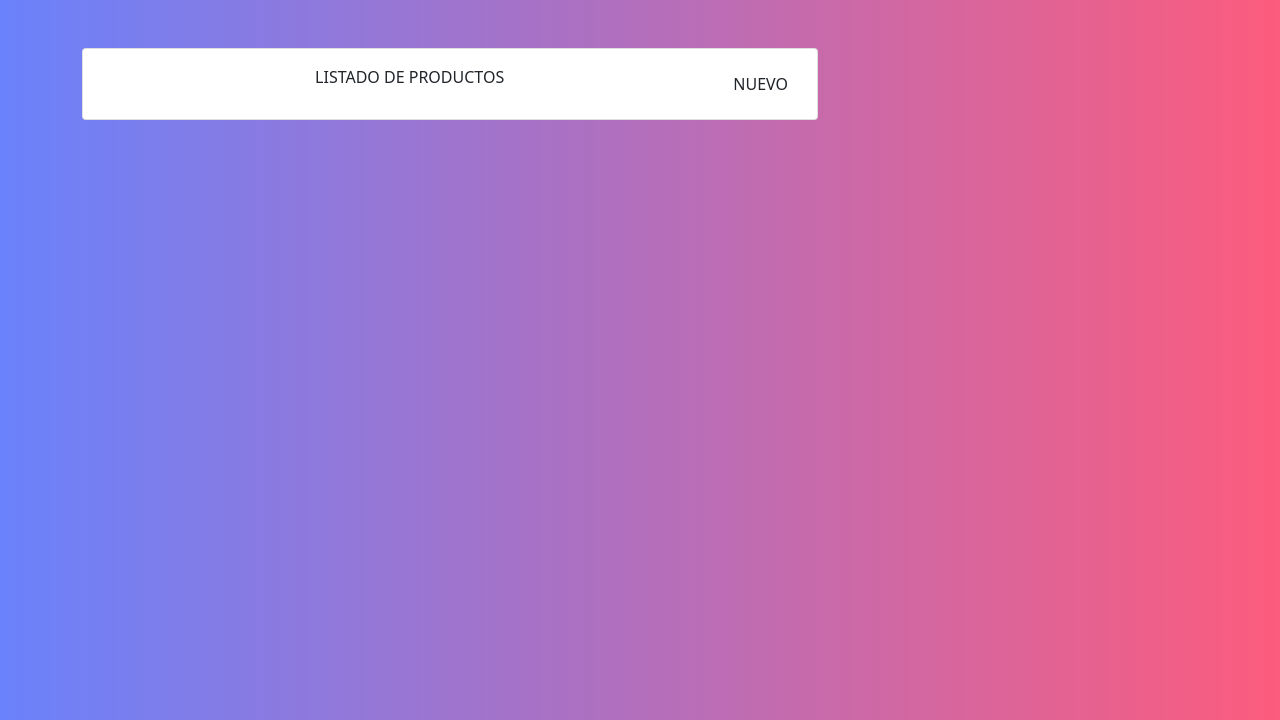
Repository: vivianaleivagalvez/crud_angular
Page: /
An editor plug-in stored every save of this project. The page is shown before and after the next save, followed by the edit.
The browser window is 1280 px wide. The pictures show the whole page.
The project was rebuilt for these pictures with package versions that can differ from the ones it lists, and the page was loaded fresh each time. Also part of the build but not shown: angular.json, src/app/components/crear-producto/crear-producto.component.ts.

Above is the page before, as saved 2022-01-26 23:53:20.

### src/index.html
<!doctype html>
<html lang="en">
<head>
  <meta charset="utf-8">
  <title>Cliente</title>
  <base href="/">

  <meta name="viewport" content="width=device-width, initial-scale=1">
  <link rel="icon" type="image/x-icon" href="favicon.ico">
</head>
<body>
  <app-root></app-root>
</body>
</html>

### src/styles.css
/* You can add global styles to this file, and also import other style files */
body{
  background: #FC5C7D;  /* fallback for old browsers */
  background: -webkit-linear-gradient(to right, #6A82FB, #FC5C7D);  /* Chrome 10-25, Safari 5.1-6 */
  background: linear-gradient(to right, #6A82FB, #FC5C7D); /* W3C, IE 10+/ Edge, Firefox 16+, Chrome 26+, Opera 12+, Safari 7+ */
}

### src/app/app.module.ts
import { BrowserModule } from '@angular/platform-browser';
import { NgModule } from '@angular/core';

import { AppComponent } from './app.component';
import { CrearProductoComponent } from './components/crear-producto/crear-producto.component';
import { ListarProductosComponent } from './components/listar-productos/listar-productos.component';
import { AppRoutingModule } from './app-routing.module';

@NgModule({
  declarations: [
    AppComponent,
    CrearProductoComponent,
    ListarProductosComponent
  ],
  imports: [
    BrowserModule,
    AppRoutingModule
  ],
  providers: [],
  bootstrap: [AppComponent]
})
export class AppModule { }

### src/app/components/listar-productos/listar-productos.component.ts
import { Component, OnInit } from '@angular/core';

@Component({
  selector: 'app-listar-productos',
  templateUrl: './listar-productos.component.html',
  styleUrls: ['./listar-productos.component.css']
})
export class ListarProductosComponent implements OnInit {

  constructor() { }

  ngOnInit() {
  }

}

### src/app/app-routing.module.ts
import { ListarProductosComponent } from './components/listar-productos/listar-productos.component';
import { CrearProductoComponent } from './components/crear-producto/crear-producto.component';
import { NgModule } from '@angular/core';
import { RouterModule, Routes } from '@angular/router';

const routes: Routes = [
  { path: '', component: ListarProductosComponent },
  { path: 'crear-producto', component: CrearProductoComponent },
  { path: 'editar-producto/:id', component: CrearProductoComponent },
  { path: '**', redirectTo: '', pathMatch: 'full' }
];

@NgModule({
  imports: [RouterModule.forRoot(routes)],
  exports: [RouterModule]
})
export class AppRoutingModule { }

### src/app/components/listar-productos/listar-productos.component.html
<div class="container mt-5">
  <div class="row">
    <div class="col-lg-8 offset-lg2">
      <div class="card">
        <div class="card-body text-center">
          <span>LISTADO DE PRODUCTOS</span>
          <button class="btn btn-succes float-end">NUEVO</button>
        </div>
      </div>
    </div>
  </div>
</div>

Loaded but not shown: src/main.ts (common file); src/environments/environment.ts (common file); src/app/app.component.ts (common file); src/app/app.component.html (common file); src/app/app.component.css (no stored copy; drawn as an empty file); src/app/components/listar-productos/listar-productos.component.css (no stored copy; drawn as an empty file)

After the next save:
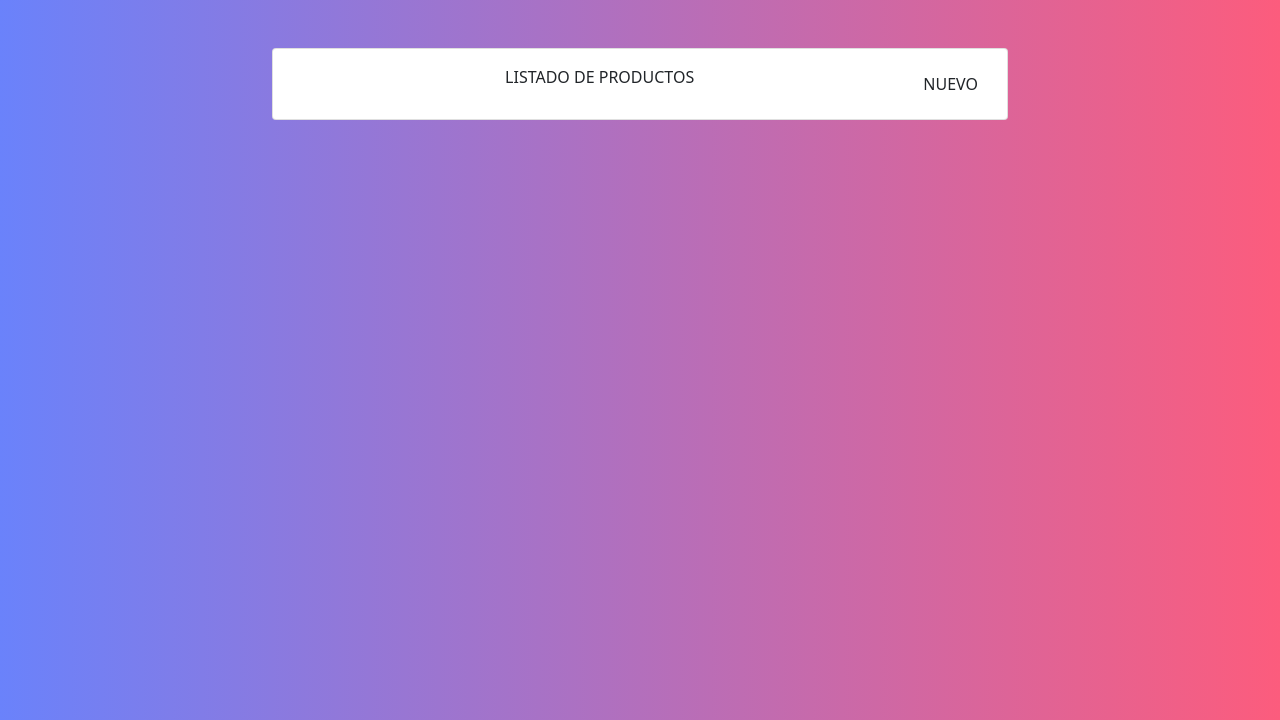
Saved 36 s later.
--- a/src/app/components/listar-productos/listar-productos.component.html
+++ b/src/app/components/listar-productos/listar-productos.component.html
@@ -1,6 +1,6 @@
 <div class="container mt-5">
   <div class="row">
-    <div class="col-lg-8 offset-lg2">
+    <div class="col-lg-8 offset-lg-2">
       <div class="card">
         <div class="card-body text-center">
           <span>LISTADO DE PRODUCTOS</span>
